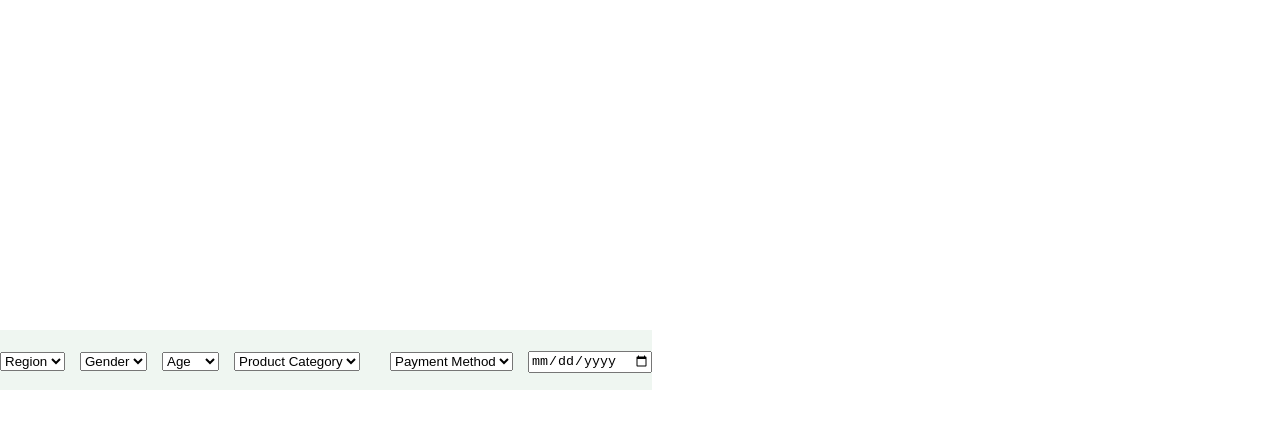
Repository: SandeepYadav18717/TruEstae
Page: / (app in TruEstae/)
These files come from the project's save history. The page is drawn as it stood at one moment and after a run of saves; the edit follows.
The browser window is 1280 px wide. The pictures show the whole page.
The project was rebuilt for these pictures with package versions that can differ from the ones it lists, and the page was loaded fresh each time. Also part of the build but not shown: TruEstae/vite.config.js, TruEstae/src/App.css, TruEstae/src/Styles/Logo.css, TruEstae/src/Pages/Logo.jsx, TruEstae/src/Styles/search_bar.css, TruEstae/src/components/search_bar.jsx.

Above is the page before, as saved 2025-12-07 00:56:31.

### TruEstae/index.html
<!doctype html>
<html lang="en">
  <head>
    <meta charset="UTF-8" />
    <link rel="icon" type="image/svg+xml" href="/vite.svg" />
    <meta name="viewport" content="width=device-width, initial-scale=1.0" />
    <title>javascript</title>
  </head>
  <body>
    <div id="root"></div>
    <script type="module" src="/src/main.jsx"></script>
  </body>
</html>

### TruEstae/src/App.jsx
import { useState } from 'react'
import reactLogo from './assets/react.svg'
import viteLogo from '/vite.svg'
import './App.css'

import Logo from './Pages/Logo.jsx'
import SearchBar from './components/search_bar.jsx'
import Home from './Pages/Home.jsx'

function App() {
  return (
    <>


     <Home />
    </>
  )
}

export default App

### TruEstae/src/Pages/Home.jsx
import Logo from "./Logo.jsx";
import SearchBar from "../components/search_bar.jsx";
import "../Styles/Home.css";
function Home() {
  return (
    <>
      <div className="Container_Ui">
        <div id="Customer_Region">

          <select>
  <option value="" hidden>Region</option>
  <option>Central</option>
  <option>North</option>
  <option>South</option>
  <option>East</option>
  <option>West</option>
</select>

          </div>

      <div id="Gender">

        <select>
            <option value="" hidden>Gender</option>
          <option>Male</option>
          <option>Female</option>
        </select>
      </div>

      <div id="Age">

        <select>
            <option value="" hidden>Age</option>
          <option>18-25</option>
          <option>26-35</option>
          <option>36-50</option>
          <option>50+</option>
        </select>
      </div>

      <div id="Product_Category">
        <select>
            <option value="" hidden>Product Category</option>
          <option>Beauty</option>
          <option>Electronic</option>
          <option>Clothing</option>
        </select>
      </div>

      <div id="Tags"></div>


      <div id="Payment_Method">

        <select>
            <option value="" hidden>Payment Method</option>
          <option>Wallet</option>
          <option>Cash</option>
          <option>Card</option>
          <option>UPI</option>
          <option>Net Banking</option>
        </select>
      </div>

      <div id="Date">


       <input type="date" />

      </div>
</div>
    </>
  );
}
export default Home;

### TruEstae/src/Styles/Home.css
.Container_Ui {
  display: flex;
  gap:15px;
  flex-direction: row;
  align-items: center;
  justify-content: center;
  height: 100vh;
  background-color: #eff6f1;
  height:60px;
  width: 100%;
}

Loaded but not shown: TruEstae/src/main.jsx (common file); TruEstae/src/index.css (common file)

After the next 10 saves:
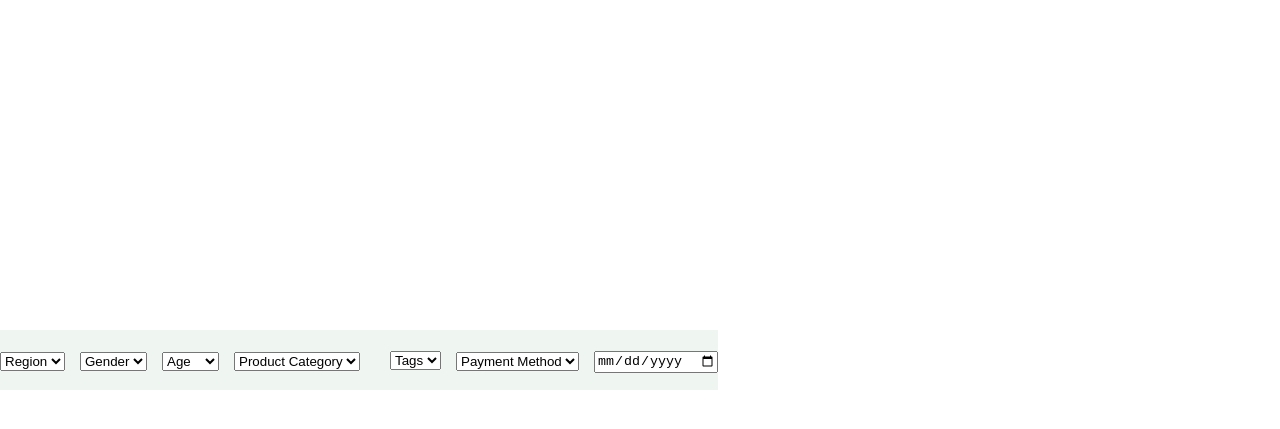
The 10 saves are shown as one change because 2 did not build or start and some came seconds apart.
The last was saved 42 s later.
--- a/TruEstae/src/Pages/Home.jsx
+++ b/TruEstae/src/Pages/Home.jsx
@@ -48,7 +48,9 @@ function Home() {
       </div>
 
       <div id="Tags"></div>
-
+       <select>
+            <option value="" hidden>Tags</option>
+            </select>
 
       <div id="Payment_Method">
 
